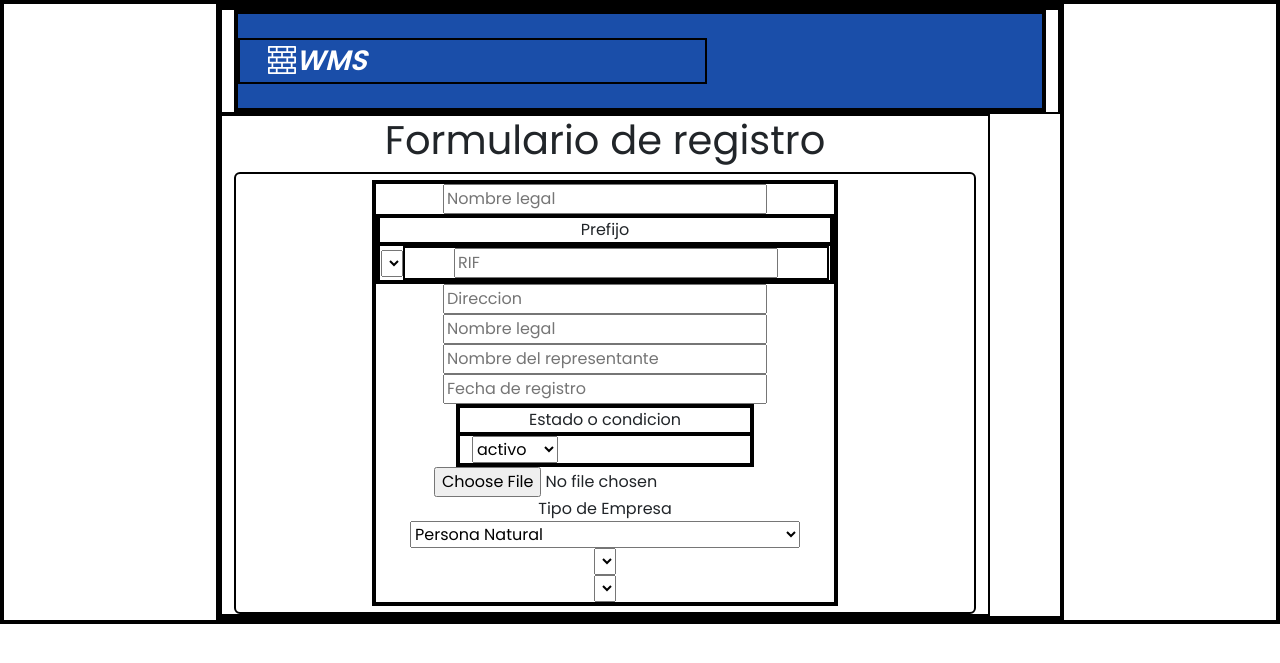
Repository: Rafa-x64/Gestion_inventario_practica
Page: http://localhost/Gestion_inventario/index.php?page=registro-empresa
These files come from the project's save history. The page is drawn as it stood at one moment and after a run of saves; the edit follows.
The browser window is 1280 px wide. The pictures show the whole page.
The page is run by PHP 8.4 with error messages shown; the project is at /var/www/html/.

Above is the page before, as saved 2025-07-23 17:06:05.

After the next 2 saves:
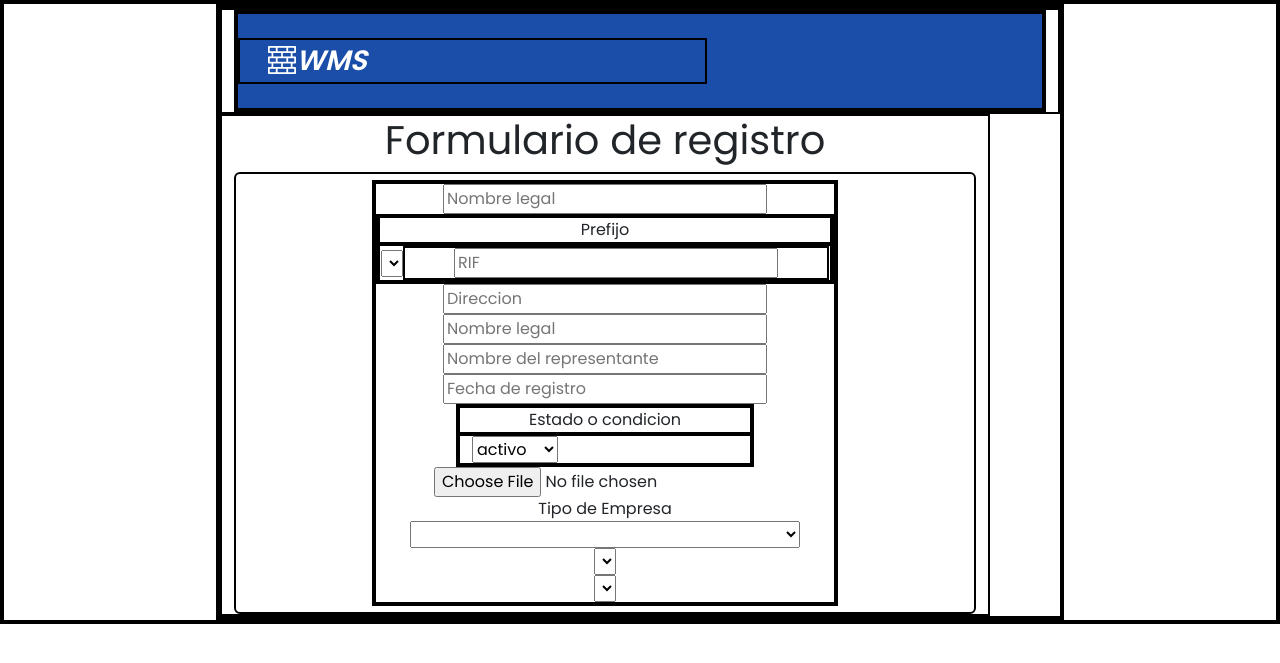
The 2 saves are shown as one change because they came seconds apart.
The last was saved 51 s later.
--- a/view/php/registro-empresa-view.php
+++ b/view/php/registro-empresa-view.php
@@ -64,6 +64,7 @@
                                 <input type="file" name="" id="logo">
                                 <label for="">Tipo de Empresa</label>
                                 <select name="tipo_empresa" id="">
+                                    <option value=""></option>
                                     <option value="persona_natural">Persona Natural</option>
                                     <option value="sociedad_anonima">Sociedad Anónima (S.A.)</option>
                                     <option value="sociedad_de_responsabilidad_limitada">Sociedad de Responsabilidad Limitada (S.R.L.)</option>
